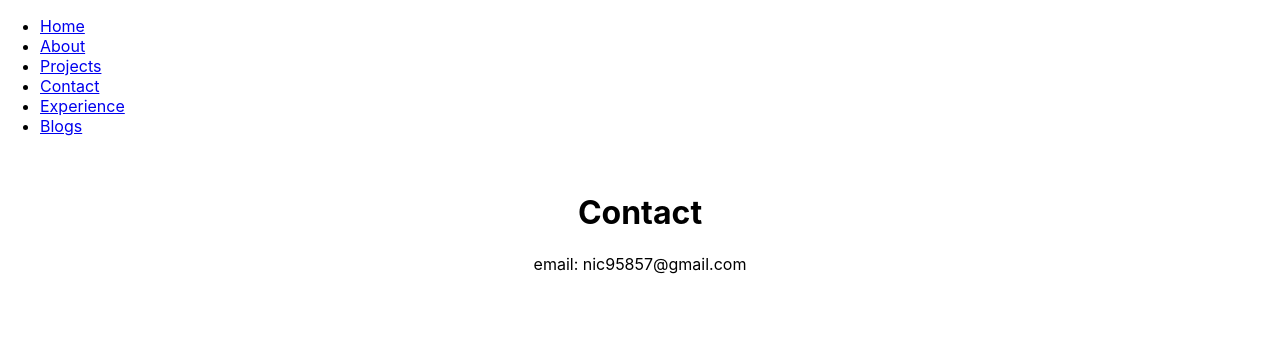
Repository: nicholaschen09/personalWebsite
Page: /contact
An editor plug-in stored every save of this project. The page is shown before and after the next save, followed by the edit.
The browser window is 1280 px wide. The pictures show the whole page.
The project was rebuilt for these pictures with package versions that can differ from the ones it lists, and the page was loaded fresh each time. Also part of the build but not shown: src/components/About.css, src/components/About.js, src/components/Home.css, src/components/Home.js, src/components/Projects.css, src/components/Projects.js, src/components/Experience.css, src/components/Experience.js and 2 more.

Above is the page before, as saved 2024-05-23 00:02:53.

### src/App.js
import React from 'react';
import { BrowserRouter as Router, Route, Routes, Link } from 'react-router-dom';
import About from './components/About.js';
import Home from './components/Home.js';
import Projects from './components/Projects.js';
import Contact from './components/Contact.js';
import Experience from './components/Experience.js';
import Blog from './components/Blog.js';

function App() {
  return (
    <Router>
      <div>
        <nav>
          <ul>
            <li>
              <Link to="/">Home</Link>
            </li>
            <li>
              <Link to="/about">About</Link>
            </li>
            <li>
              <Link to="/projects">Projects</Link>
            </li>
            <li>
              <Link to="/contact">Contact</Link>
            </li>
            <li>
              <Link to="/experience">Experience</Link>
            </li>
            <li>
              <Link to="/blogs">Blogs</Link>
            </li>
          </ul>
        </nav>

        <Routes>
          <Route path="/about" element={<About />} />
          <Route path="/home" element={<Home />} />
          <Route path="/projects" element={<Projects />} />
          <Route path="/blogs" element={<Blog />} />
          <Route path="/experience" element={<Experience />} />
          <Route path="/contact" element={<Contact />} />
        </Routes>
      </div>
    </Router>
  );
}

export default App;

### src/components/Contact.js
import React from 'react';
import './Contact.css';

const Contact = () => {
    return (
        <div className="contact">
            <h1>Contact</h1>
            <p>email: nic95857@gmail.com</p>
        </div>
    );
};

export default Contact;

### src/components/Contact.css
.contact {
    text-align: center;
    padding: 20px;
}

Loaded but not shown: public/index.html (common file); src/index.js (common file); src/index.css (common file); src/reportWebVitals.js (common file)

After the next save:
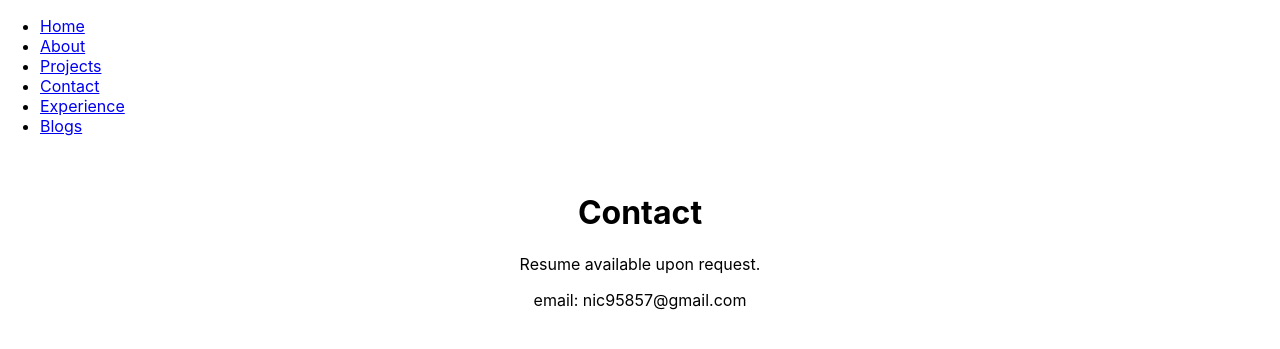
Saved 3 min 10 s later.
--- a/src/components/Contact.js
+++ b/src/components/Contact.js
@@ -5,6 +5,7 @@ const Contact = () => {
     return (
         <div className="contact">
             <h1>Contact</h1>
+            <p>Resume available upon request.</p>
             <p>email: nic95857@gmail.com</p>
         </div>
     );
